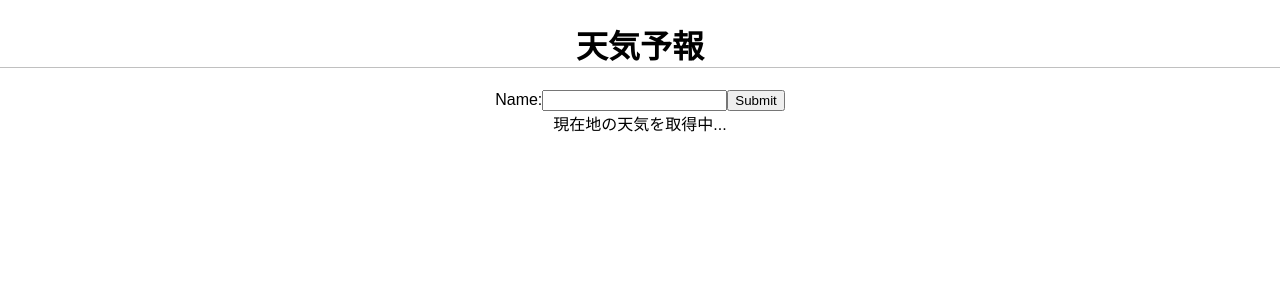
Repository: IshigureTomoki/weather-app
Page: /
The author's editor kept a copy of each file at every save. The page is drawn from the files as they stood at one save, then again after the next save.
The browser window is 1280 px wide. The pictures show the whole page.
The page's requests for data from a server got no answer. The project was rebuilt for these pictures with package versions that can differ from the ones it lists, and the page was loaded fresh each time. No one was signed in, and anything a server would have sent is missing. Also part of the build but not shown: src/components/LinePlot.tsx, src/components/Map.tsx.

Above is the page before, as saved 2022-03-04 15:05:08.

After the next save:
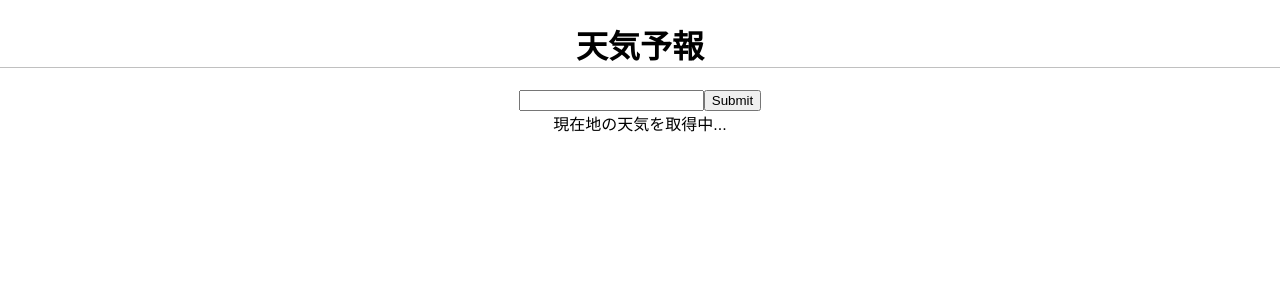
Saved 26 s later.
--- a/src/App.tsx
+++ b/src/App.tsx
@@ -252,7 +252,6 @@ function App() {
         <h1>天気予報</h1>
         <div><form>
   <label>
-    Name:
     <input type="text" name="name" />
   </label>
   <input type="submit" value="Submit" />
